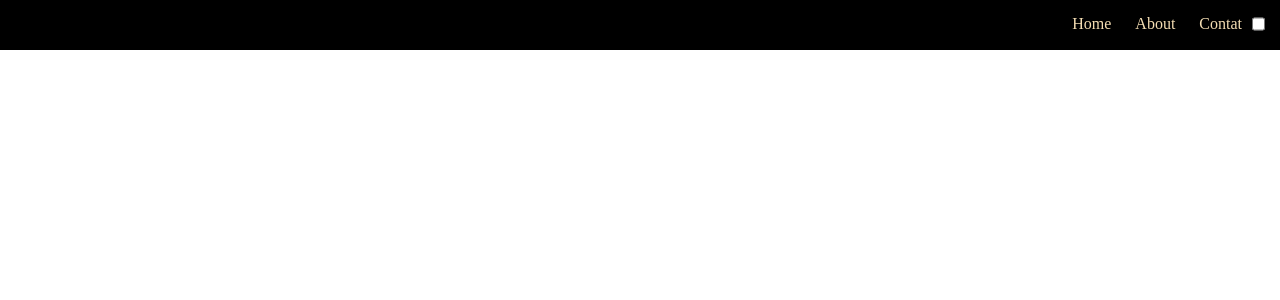
Repository: imokha01/toggleNavBar
Page: index.html
An editor plug-in stored every save of this project. The page is shown before and after the next save, followed by the edit.
The browser window is 1280 px wide. The pictures show the whole page.

Above is the page before, as saved 2023-12-26 22:16:57.

### index.html
<!DOCTYPE html>
<html lang="en">
<head>
    <meta charset="UTF-8">
    <meta name="viewport" content="width=device-width, initial-scale=1.0">
    <title>Toggle Nav Bar</title>
    <link rel="stylesheet" href="style.css">
</head>
<body>
    <header class="header">
        <div class="header__content">
            <nav class="header__content__navbar">
                <li class="header__content__navbar__list">
                    <a href="#" class="header__content__navbar__link">Home</a>
                </li>
                <li class="header__content__navbar__list">
                    <a href="#" class="header__content__navbar__link">About</a>
                </li>
                <li class="header__content__navbar__list">
                    <a href="#" class="header__content__navbar__link">Contat</a>
                </li>
            </nav>
            <input type="checkbox" class="checkbox toggle-triger">
        </div>

    </header>
</body>
</html>

### style.css
*{
    margin: 0;
    padding: 0;
    box-sizing: border-box;
}

.header {
    height: 20px;
    background: #000;
    height: 50px;

}


.header__content__navbar__list {
    display: inline-block;
    list-style-type: none;
}

.header__content__navbar__link{
    color: wheat;
    text-decoration: none;
    margin: auto;
    padding: 10px

}

.header__content {
    display: flex;
    justify-content: end;
    padding: 15px;
}

After the next save:
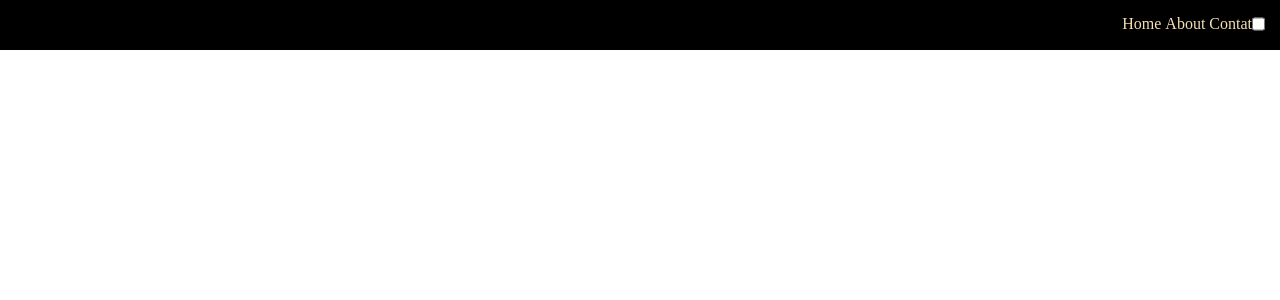
Saved 7 s later.
--- a/style.css
+++ b/style.css
@@ -21,8 +21,6 @@
     color: wheat;
     text-decoration: none;
     margin: auto;
-    padding: 10px
-
 }
 
 .header__content {
